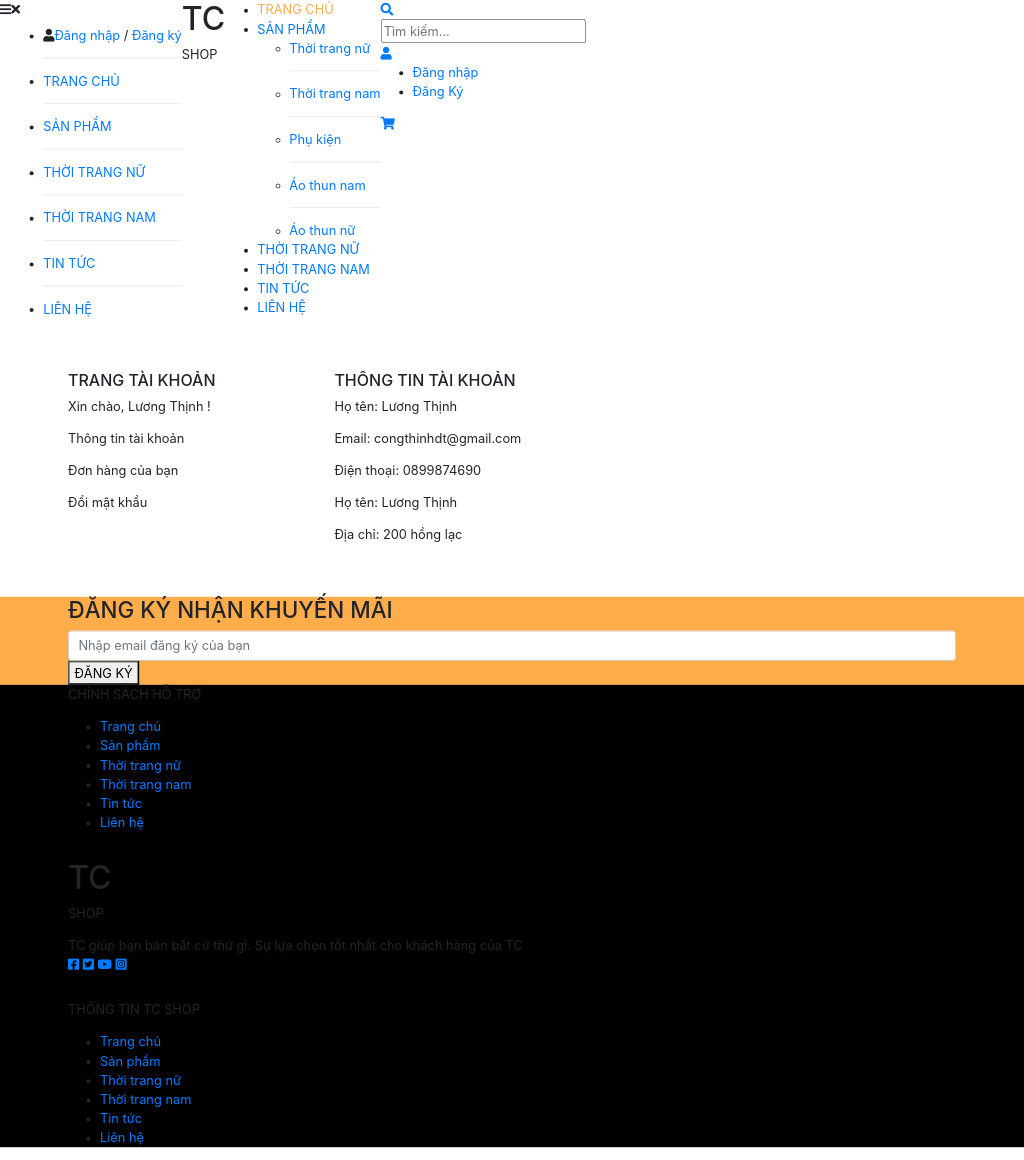
Repository: congthinh1701/TCshop
Page: ThongTinTaiKhoan.html
An editor plug-in stored every save of this project. The page is shown before and after the next save, followed by the edit.
The browser window is 1280 px wide. The pictures show the whole page, at 80% of full size.
The style sheet was rebuilt from its Sass, Less or Tailwind sources for each picture, by a compiler version that may differ from the author's.

Above is the page before, as saved 2021-09-08 17:07:05.

After the next save:
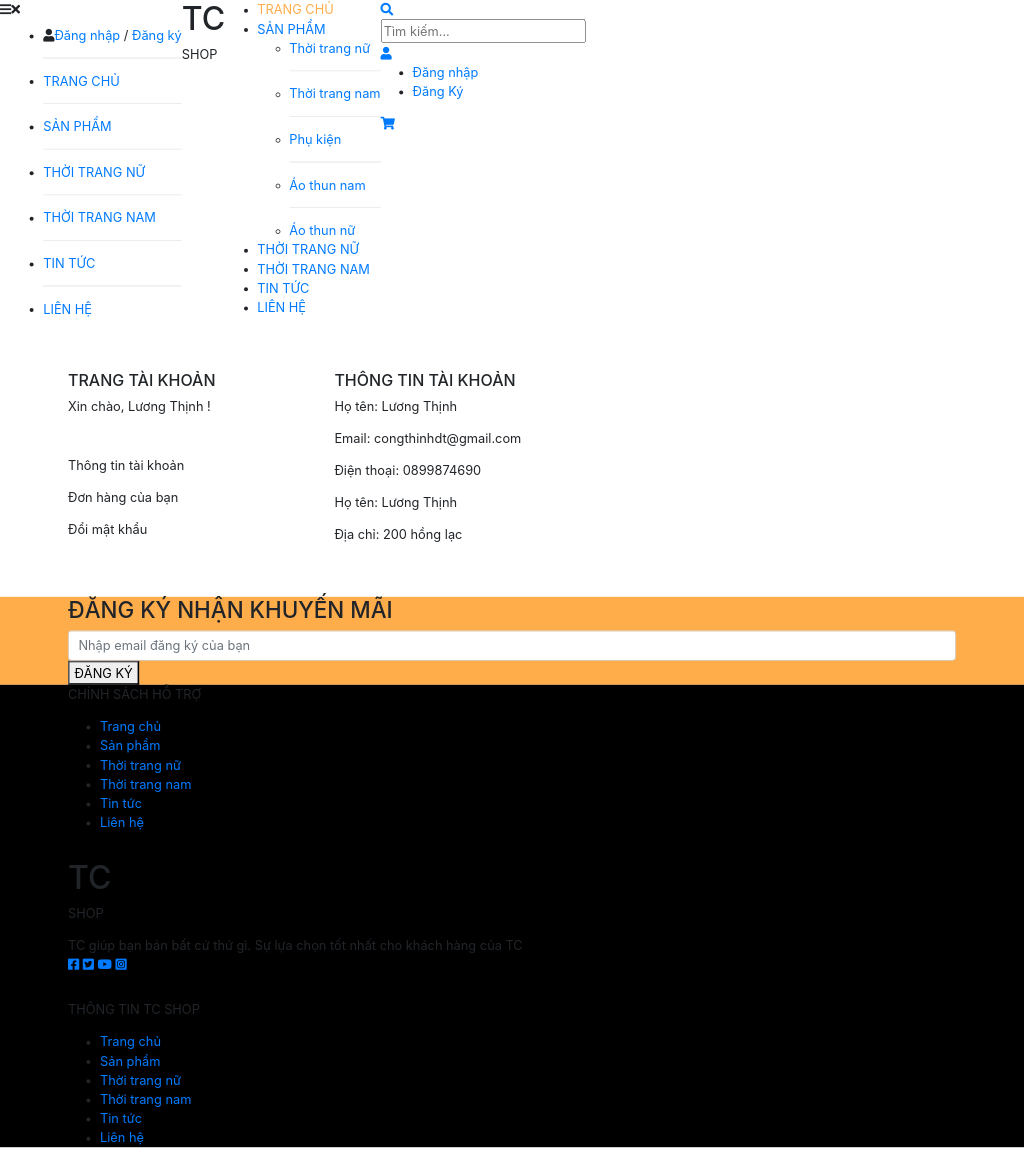
Saved 118 s later.
--- a/sass/style.scss
+++ b/sass/style.scss
@@ -11,7 +11,9 @@ $fontWeight:500;
 }
 .trang-tai-khoan{
     width: calc(100% / var(--columns) - 20%);
-
+    &-thong-tin{
+        margin-top:50px
+    }
 
 }
 .thong-tin-tai-khoan{
